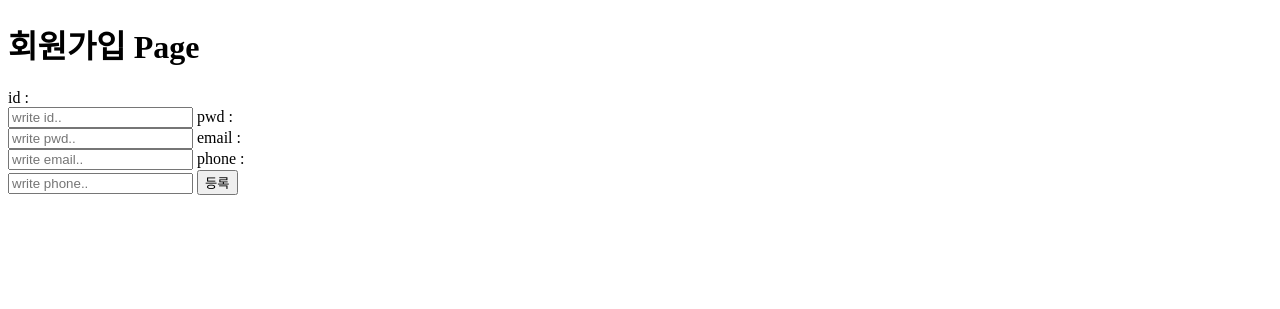
Repository: Umc404/jsp
Page: http://localhost/jsp_study/member/join.jsp
An editor plug-in stored every save of this project. The page is shown before and after the next save, followed by the edit.
The browser window is 1280 px wide. The pictures show the whole page.
The page is served by Tomcat 9.

Above is the page before, as saved 2024-10-25 02:11:54.

After the next save:
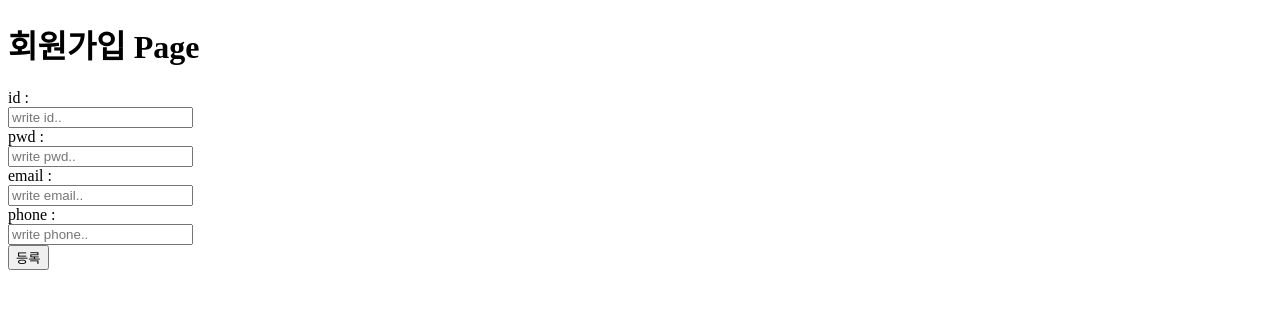
Saved 62 s later.
--- a/jsp_study/src/main/webapp/member/join.jsp
+++ b/jsp_study/src/main/webapp/member/join.jsp
@@ -11,13 +11,13 @@
 
 	<form action="/mem/register" method="">
 		id : <br>
-		<input type="text" name="id" placeholder="write id..">
+		<input type="text" name="id" placeholder="write id.."><br>
 		pwd : <br>
-		<input type="text" name="pwd" placeholder="write pwd..">
+		<input type="text" name="pwd" placeholder="write pwd.."><br>
 		email : <br>
-		<input type="text" name="email" placeholder="write email..">
+		<input type="text" name="email" placeholder="write email.."><br>
 		phone : <br>
-		<input type="text" name="phone" placeholder="write phone..">
+		<input type="text" name="phone" placeholder="write phone.."><br>
 		<button type="register">등록</button>
 
 	</form>
